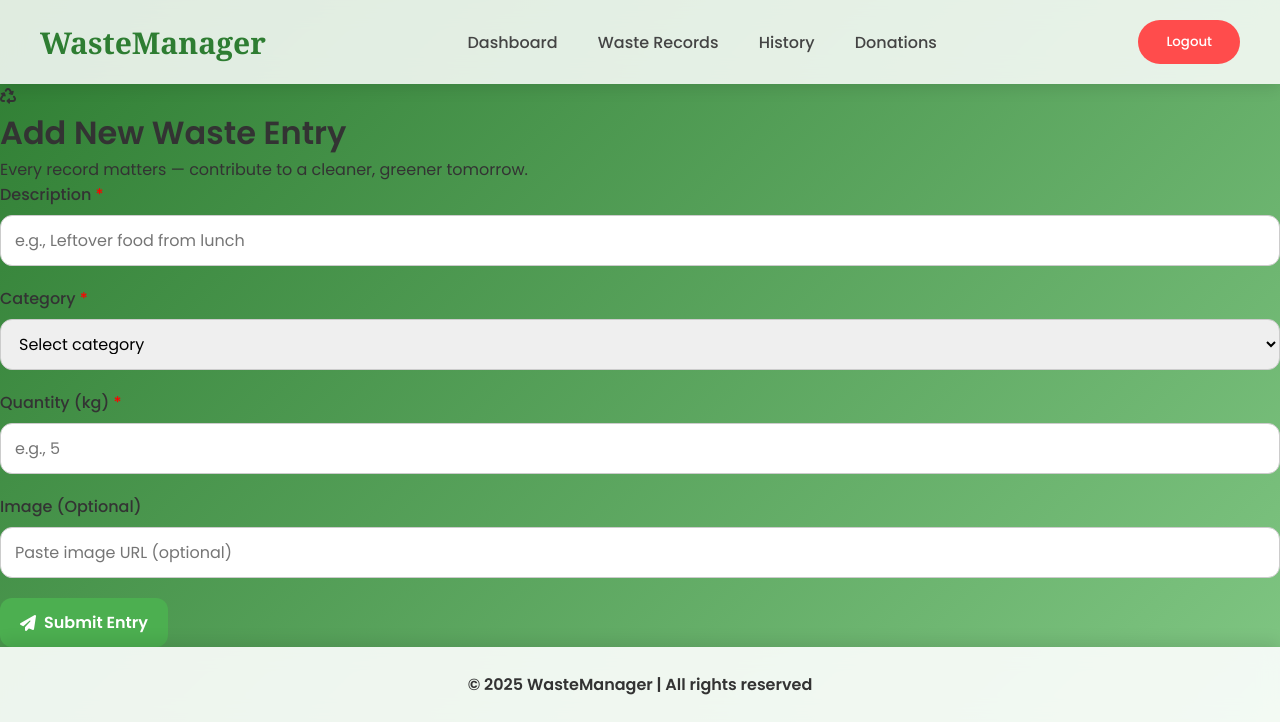
Repository: mahekagrawal25/restaurant-waste-management
Page: frontend/addwaste.html
An editor plug-in stored every save of this project. The page is shown before and after the next save, followed by the edit.
The browser window is 1280 px wide. The pictures show the whole page.

Above is the page before, as saved 2025-04-06 21:54:17.

### frontend/addwaste.html
<!DOCTYPE html>
<html lang="en">
<head>
  <meta charset="UTF-8" />
  <meta name="viewport" content="width=device-width, initial-scale=1.0"/>
  <title>Add Waste - WasteManager</title>
  <link rel="stylesheet" href="style.css" />
  <script src="script.js" defer></script>
  <link rel="stylesheet" href="https://cdnjs.cloudflare.com/ajax/libs/font-awesome/6.4.0/css/all.min.css" />
  <link href="https://fonts.googleapis.com/css2?family=Poppins:wght@400;500;600&family=Montserrat:wght@700&display=swap" rel="stylesheet">
</head>
<body>

<!-- ✅ Navigation Bar -->
<header class="navbar">
  <div class="nav-container">
    <div class="logo">WasteManager</div>
    <nav>
      <a href="dashboard.html">Dashboard</a>
      <a href="waste-records.html" class="active">Waste Records</a>
      <a href="history.html">History</a>
      <a href="donations.html">Donations</a>
    </nav>
    <button id="logoutBtn" class="btn-logout">Logout</button>
  </div>
</header>

<!-- ✅ Page Wrapper -->
<div class="page-wrapper">

  <!-- ✅ Unified Card -->
  <div class="waste-card">

    <div class="card-header">
      <i class="fas fa-recycle"></i>
      <h1>Add New Waste Entry</h1>
      <p>Every record matters — contribute to a cleaner, greener tomorrow.</p>
    </div>

    <form id="addWasteForm" class="waste-form">

      <div class="form-group">
        <label for="description">Description <span>*</span></label>
        <input type="text" id="description" name="description" required placeholder="e.g., Leftover food from lunch" />
      </div>

      <div class="form-group">
        <label for="category">Category <span>*</span></label>
        <select id="category" name="category" required>
          <option value="">Select category</option>
          <option value="Plastic">Plastic</option>
          <option value="Food">Food</option>
          <option value="Cardboard">Cardboard</option>
          <option value="Glass">Glass</option>
          <option value="Other">Other</option>
        </select>
      </div>

      <div class="form-group">
        <label for="quantity">Quantity (kg) <span>*</span></label>
        <input type="number" id="quantity" name="quantity" min="1" required placeholder="e.g., 5" />
      </div>

      <div class="form-group">
        <label for="image_url">Image (Optional)</label>
        <input type="url" id="image_url" name="image_url" placeholder="Paste image URL (optional)" />
      </div>

      <button type="submit" class="btn-submit">
        <i class="fas fa-paper-plane"></i> Submit Entry
      </button>
    </form>
  </div>
</div>

<!-- ✅ Footer -->
<footer class="footer">
  <p>&copy; 2025 WasteManager | All rights reserved</p>
</footer>

</body>
</html>

### frontend/style.css
/* ✅ General Styles */
* {
  margin: 0;
  padding: 0;
  box-sizing: border-box;
  font-family: 'Poppins', sans-serif;
}

body {
  background: linear-gradient(135deg, #2e7d32, #81c784);
  color: #333;
  min-height: 100vh;
  display: flex;
  flex-direction: column;
}

/* ✅ Navigation Bar */
.navbar {
  background: rgba(255, 255, 255, 0.85);
  backdrop-filter: blur(12px);
  box-shadow: 0 4px 15px rgba(0, 0, 0, 0.1);
  padding: 20px 40px;
  position: sticky;
  top: 0;
  z-index: 1000;
}

.nav-container {
  display: flex;
  justify-content: space-between;
  align-items: center;
  max-width: 1300px;
  margin: 0 auto;
}

.navbar .logo {
  font-size: 30px;
  font-weight: bold;
  color: #2e7d32;
  font-family: 'Georgia', serif;
}

nav a {
  margin: 0 18px;
  text-decoration: none;
  color: #444;
  font-weight: 500;
  transition: color 0.3s, transform 0.3s;
}

nav a:hover {
  color: #2e7d32;
  transform: scale(1.1);
}

.btn-logout {
  background: #ff4c4c;
  color: #fff;
  border: none;
  padding: 12px 28px;
  border-radius: 30px;
  cursor: pointer;
  font-weight: 500;
  transition: background 0.3s, transform 0.3s;
}

.btn-logout:hover {
  background: #e03c3c;
  transform: scale(1.05);
}

/* ✅ Main Content */
.container {
  width: 90%;
  max-width: 1300px;
  margin: 50px auto;
  flex: 1;
}

/* ✅ Welcome Section */
.welcome-section {
  text-align: center;
  margin-bottom: 70px;
}

.welcome-section h1 {
  font-size: 48px;
  color: #fff;
  margin-bottom: 12px;
  font-weight: 700;
  font-family: 'Cambria', serif;
}

.welcome-section p {
  font-size: 20px;
  color: #f0f0f0;
  opacity: 0.9;
}

/* ✅ Quick Actions Grid */
.actions-grid {
  display: grid;
  grid-template-columns: repeat(auto-fit, minmax(280px, 1fr));
  gap: 35px;
  margin-bottom: 70px;
}

.action-card {
  background: rgba(255, 255, 255, 0.85);
  backdrop-filter: blur(12px);
  border-radius: 20px;
  box-shadow: 0 10px 25px rgba(0, 0, 0, 0.1);
  padding: 35px;
  text-align: center;
  transition: transform 0.4s, box-shadow 0.4s;
  cursor: pointer;
}

.action-card:hover {
  transform: translateY(-12px);
  box-shadow: 0 14px 30px rgba(0, 0, 0, 0.2);
}

.action-card i {
  font-size: 52px;
  color: #2e7d32;
  margin-bottom: 25px;
}

.action-card h3 {
  font-size: 26px;
  color: #333;
  margin-bottom: 12px;
  font-weight: 700;
}

.action-card p {
  font-size: 18px;
  color: #555;
  opacity: 0.85;
}

/* ✅ Recent Activities */
.recent-activities {
  background: rgba(255, 255, 255, 0.9);
  padding: 35px;
  border-radius: 20px;
  box-shadow: 0 10px 25px rgba(0, 0, 0, 0.1);
}

.recent-activities h2 {
  font-size: 30px;
  margin-bottom: 25px;
  font-weight: 700;
  color: #333;
}

.activities-container {
  max-height: 350px;
  overflow-y: auto;
  padding: 15px;
}

.activities-container p {
  font-size: 18px;
  color: #555;
  opacity: 0.9;
}

/* ✅ Footer */
.footer {
  background: rgba(255, 255, 255, 0.9);
  backdrop-filter: blur(10px);
  color: #333;
  text-align: center;
  padding: 25px;
  box-shadow: 0 -5px 15px rgba(0, 0, 0, 0.1);
  font-weight: 600;
  font-size: 16px;
}





/* Activities Table Styles */
.activities-table-container {
  overflow-x: auto;
  margin-top: 1rem;
  background: white;
  border-radius: 8px;
  box-shadow: 0 2px 10px rgba(0,0,0,0.1);
  padding: 1rem;
}

#activitiesTable {
  width: 100%;
  border-collapse: collapse;
}

#activitiesTable th, #activitiesTable td {
  padding: 12px 15px;
  text-align: left;
  border-bottom: 1px solid #e0e0e0;
}

#activitiesTable th {
  background-color: #f5f5f5;
  font-weight: 600;
}

#activitiesTable tr:hover {
  background-color: #f9f9f9;
}

.btn-view-all {
  display: block;
  margin: 1rem auto 0;
  padding: 8px 16px;
  background: #4CAF50;
  color: white;
  border: none;
  border-radius: 4px;
  cursor: pointer;
}

.btn-view-all:hover {
  background: #45a049;
}




/* Activities Table Styles */
.activities-table-container {
  overflow-x: auto;
  margin-top: 1rem;
  background: white;
  border-radius: 8px;
  box-shadow: 0 2px 10px rgba(0,0,0,0.1);
  padding: 1rem;
}

#activitiesTable {
  width: 100%;
  border-collapse: collapse;
  font-size: 0.9rem;
}

#activitiesTable th {
  background-color: #f8f9fa;
  padding: 12px 15px;
  text-align: left;
  font-weight: 600;
}

#activitiesTable td {
  padding: 10px 15px;
  border-bottom: 1px solid #e9ecef;
}

.loading, .error {
  text-align: center;
  padding: 20px;
}

.loading {
  color: #6c757d;
}

.error {
  color: #dc3545;
}













.page-header {
  text-align: center;
  margin-top: 40px;
}

.page-header h1 {
  font-family: 'Montserrat', sans-serif;
  font-size: 2rem;
  color: #2e7d32;
}

.page-header p {
  font-size: 1rem;
  color: #555;
  margin-top: 8px;
}

.form-section {
  max-width: 600px;
  margin: 30px auto;
  background: #f9fff9;
  padding: 30px;
  border-radius: 16px;
  box-shadow: 0 6px 18px rgba(0, 0, 0, 0.06);
}

.waste-form .form-group {
  margin-bottom: 20px;
}

.waste-form label {
  display: block;
  font-weight: 500;
  margin-bottom: 8px;
}

.waste-form label span {
  color: red;
}

.waste-form input,
.waste-form select {
  width: 100%;
  padding: 12px 14px;
  font-size: 1rem;
  border: 1px solid #ccc;
  border-radius: 12px;
  outline: none;
  transition: border 0.3s ease;
}

.waste-form input:focus,
.waste-form select:focus {
  border-color: #4caf50;
}

.btn-submit {
  background-color: #4caf50;
  color: #fff;
  padding: 12px 20px;
  border: none;
  border-radius: 12px;
  cursor: pointer;
  font-weight: 600;
  font-size: 1rem;
  transition: background-color 0.3s ease;
  display: flex;
  align-items: center;
  gap: 8px;
}

.btn-submit:hover {
  background-color: #388e3c;
}




/* Hero Section */
.hero-header {
  background: linear-gradient(to right, #43a047, #2e7d32);
  color: white;
  padding: 60px 20px 40px;
  text-align: center;
  border-bottom-left-radius: 40px;
  border-bottom-right-radius: 40px;
  box-shadow: 0 8px 20px rgba(0, 0, 0, 0.1);
}

.hero-content i {
  font-size: 3rem;
  margin-bottom: 10px;
  animation: bounce 1s ease-in-out infinite alternate;
}

.hero-content h1 {
  font-family: 'Montserrat', sans-serif;
  font-size: 2.5rem;
  margin: 0;
}

.hero-content p {
  font-size: 1.1rem;
  margin-top: 10px;
  color: #e0f2f1;
}

/* Animation for Icon */
@keyframes bounce {
  0% { transform: translateY(0); }
  100% { transform: translateY(-5px); }
}

### frontend/script.js
// 🌟 DOMContentLoaded event
document.addEventListener("DOMContentLoaded", () => {
  const token = localStorage.getItem("token");
  const userName = localStorage.getItem("username") || "User";
  const isDashboard = window.location.pathname.includes("dashboard.html");
  const isLogin = window.location.pathname.includes("index.html");

  // ✅ Display username dynamically
  const userNameElement = document.getElementById("userName");
  if (userNameElement) userNameElement.textContent = userName;

  // ✅ Redirect logic based on token
  handleRedirection(token, isDashboard, isLogin);

  // ✅ Load dashboard data if logged in
  if (isDashboard && token) {
    loadDashboardData(token);
  }
});

// 🚀 Reusable redirection handler
function handleRedirection(token, isDashboard, isLogin) {
  if (!token && isDashboard) {
    console.log("No token, redirecting to login...");
    window.location.href = "index.html";
  } else if (token && isLogin) {
    console.log("User already logged in, redirecting to dashboard...");
    window.location.href = "dashboard.html";
  }
}

// 🔥 Load dashboard data with error handling
async function loadDashboardData(token) {
  const activitiesTableBody = document.getElementById("activitiesTableBody");

  if (!activitiesTableBody) {
    console.error("Error: Couldn't find the activities table");
    return;
  }

  try {
    // Show loading state
    activitiesTableBody.innerHTML = `
      <tr>
        <td colspan="5" class="loading">Loading activities...</td>
      </tr>
    `;

    // Fetch combined activities
    const response = await fetch("http://localhost:5000/api/auth/dashboard/activities", {
      method: "GET",
      headers: { Authorization: `Bearer ${token}` }
    });

    if (!response.ok) throw new Error(`HTTP error! status: ${response.status}`);

    const activities = await response.json();

    // Clear loading state
    activitiesTableBody.innerHTML = "";

    // Process and display activities
    if (activities.length === 0) {
      activitiesTableBody.innerHTML = `
        <tr>
          <td colspan="5">No recent activities found</td>
        </tr>
      `;
      return;
    }

    activities.forEach(activity => {
      const row = document.createElement("tr");

      // Common fields
      const date = new Date(activity.created_at).toLocaleDateString();

      // Type-specific rendering
      if (activity.type === 'waste') {
        row.innerHTML = `
          <td>🗑️ Waste</td>
          <td>${activity.description}</td>
          <td>${activity.category}</td>
          <td>${activity.quantity} ${activity.category === 'Food' ? 'kg' : 'units'}</td>
          <td>${date}</td>
        `;
      }
      else if (activity.type === 'donation') {
        row.innerHTML = `
          <td>♻️ Donation</td>
          <td>${activity.description}</td>
          <td>Donor: ${activity.donor_name}</td>
          <td>${activity.quantity} items</td>
          <td>${date}</td>
        `;
      }
      else if (activity.type === 'collection') {
        row.innerHTML = `
          <td>🚛 Collection</td>
          <td>${activity.description}</td>
          <td>${activity.status}</td>
          <td>-</td>
          <td>${new Date(activity.pickup_date).toLocaleDateString()}</td>
        `;
      }

      activitiesTableBody.appendChild(row);
    });

  } catch (error) {
    console.error("Error loading activities:", error);
    activitiesTableBody.innerHTML = `
      <tr>
        <td colspan="5" class="error">Failed to load activities. Please try again.</td>
      </tr>
    `;
  }
}
// 🌟 Login form submission
document.getElementById("loginForm")?.addEventListener("submit", async (event) => {
  event.preventDefault();

  const email = document.getElementById("email").value;
  const password = document.getElementById("password").value;
  const message = document.getElementById("message");

  try {
    const response = await fetch("http://localhost:5000/api/auth/login", {
      method: "POST",
      headers: { "Content-Type": "application/json" },
      body: JSON.stringify({ email, password })
    });

    const data = await response.json();

    if (response.ok) {
      localStorage.setItem("token", data.token);
      localStorage.setItem("username", data.username);

      message.textContent = "Login successful! Redirecting...";
      message.classList.remove("text-red-500");
      message.classList.add("text-green-500");

      setTimeout(() => {
        window.location.href = "dashboard.html";
      }, 1500);
    } else {
      message.textContent = data.message || "Invalid credentials.";
      message.classList.add("text-red-500");
    }
  } catch (error) {
    console.error("Server error:", error);
    message.textContent = "Server error. Please try again later.";
    message.classList.add("text-red-500");
  }
});

// 🚀 Logout handler
document.getElementById("logoutBtn")?.addEventListener("click", logoutUser);

function logoutUser() {
  localStorage.removeItem("token");
  localStorage.removeItem("username");
  window.location.href = "index.html";
}

// ✅ Signup form submission
document.getElementById("signupForm")?.addEventListener("submit", async (event) => {
  event.preventDefault();

  const username = document.getElementById("username").value.trim();
  const email = document.getElementById("email").value.trim();
  const password = document.getElementById("password").value.trim();
  const message = document.getElementById("signupMessage");

  // ✅ Basic validation
  if (!username || !email || !password) {
    message.textContent = "All fields are required.";
    message.classList.add("text-red-500");
    return;
  }

  try {
    const response = await fetch("http://localhost:5000/api/auth/signup", {
      method: "POST",
      headers: { "Content-Type": "application/json" },
      body: JSON.stringify({ username, email, password }),
    });

    const data = await response.json();

    if (response.ok) {
      message.textContent = "Signup successful! Redirecting to login...";
      message.classList.remove("text-red-500");
      message.classList.add("text-green-500");

      setTimeout(() => {
        window.location.href = "index.html";
      }, 1500);
    } else {
      message.textContent = data.message || "Signup failed. Please try again.";
      message.classList.add("text-red-500");
    }
  } catch (error) {
    console.error("Server error:", error);
    message.textContent = "Server error. Please try again later.";
    message.classList.add("text-red-500");
  }
});

After the next save:
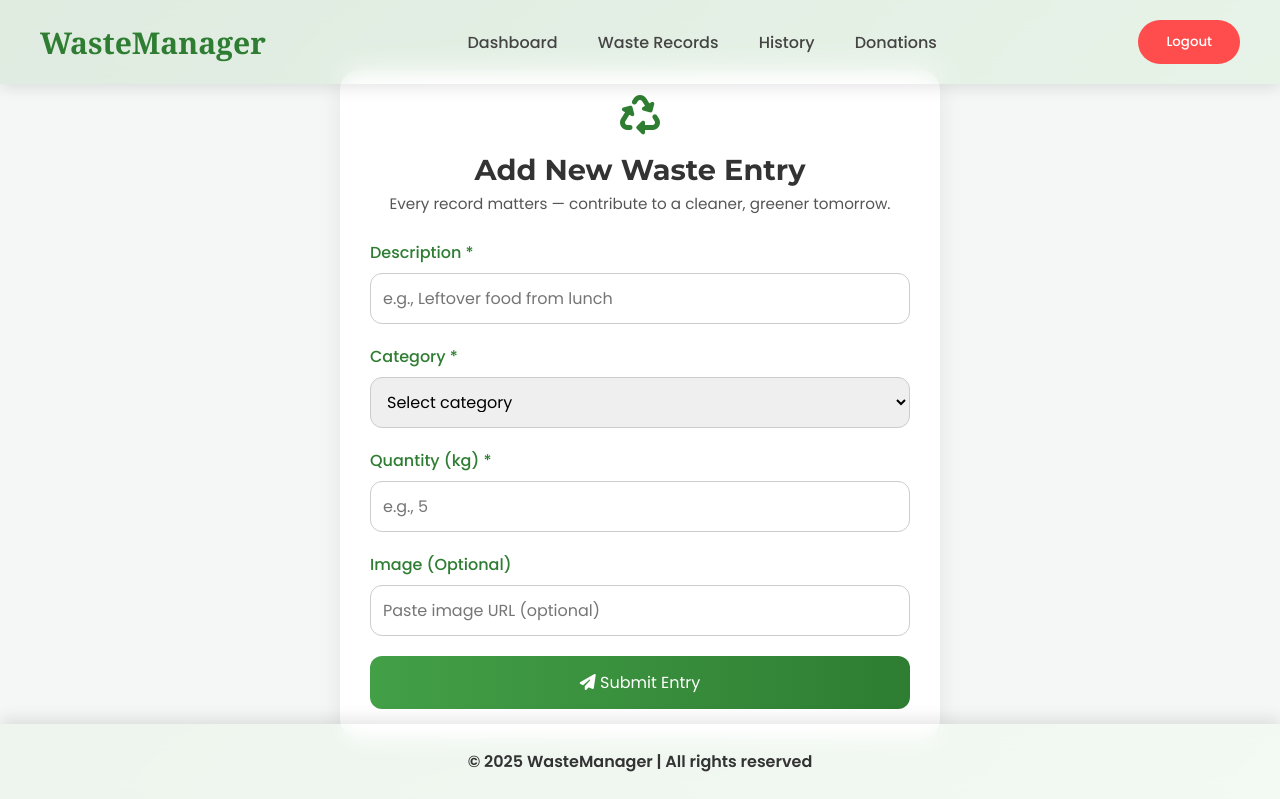
Saved 69 s later.
--- a/frontend/style.css
+++ b/frontend/style.css
@@ -280,85 +280,100 @@
 
 
 
-
-
-
-
-.page-header {
-  text-align: center;
-  margin-top: 40px;
-}
-
-.page-header h1 {
+/* Make entire page fit on screen */
+.page-wrapper {
+  display: flex;
+  justify-content: center;
+  align-items: center;
+  height: calc(100vh - 80px); /* Adjust for header/footer */
+  padding: 20px;
+  background-color: #f4f7f6;
+}
+
+/* Unified Card */
+.waste-card {
+  background: white;
+  border-radius: 20px;
+  max-width: 600px;
+  width: 100%;
+  padding: 30px;
+  box-shadow: 0 8px 24px rgba(0, 0, 0, 0.08);
+  font-family: 'Poppins', sans-serif;
+}
+
+/* Header Inside Card */
+.card-header {
+  text-align: center;
+  margin-bottom: 25px;
+}
+
+.card-header i {
+  font-size: 2.5rem;
+  color: #2e7d32;
+  animation: bounce 1s infinite alternate;
+}
+
+.card-header h1 {
+  margin: 10px 0 5px;
   font-family: 'Montserrat', sans-serif;
-  font-size: 2rem;
-  color: #2e7d32;
-}
-
-.page-header p {
-  font-size: 1rem;
+  font-size: 1.8rem;
+}
+
+.card-header p {
+  font-size: 0.95rem;
   color: #555;
-  margin-top: 8px;
-}
-
-.form-section {
-  max-width: 600px;
-  margin: 30px auto;
-  background: #f9fff9;
-  padding: 30px;
-  border-radius: 16px;
-  box-shadow: 0 6px 18px rgba(0, 0, 0, 0.06);
-}
-
+}
+
+/* Form Fields */
 .waste-form .form-group {
   margin-bottom: 20px;
 }
 
 .waste-form label {
   display: block;
+  margin-bottom: 8px;
   font-weight: 500;
-  margin-bottom: 8px;
-}
-
-.waste-form label span {
-  color: red;
+  color: #2e7d32;
 }
 
 .waste-form input,
 .waste-form select {
   width: 100%;
-  padding: 12px 14px;
-  font-size: 1rem;
+  padding: 12px;
   border: 1px solid #ccc;
   border-radius: 12px;
-  outline: none;
+  font-size: 1rem;
   transition: border 0.3s ease;
 }
 
 .waste-form input:focus,
 .waste-form select:focus {
-  border-color: #4caf50;
-}
-
+  border-color: #2e7d32;
+  outline: none;
+}
+
+/* Submit Button */
 .btn-submit {
-  background-color: #4caf50;
-  color: #fff;
-  padding: 12px 20px;
+  width: 100%;
+  background: linear-gradient(to right, #43a047, #2e7d32);
+  color: white;
+  padding: 14px;
+  font-size: 1rem;
   border: none;
   border-radius: 12px;
   cursor: pointer;
-  font-weight: 600;
-  font-size: 1rem;
-  transition: background-color 0.3s ease;
-  display: flex;
-  align-items: center;
-  gap: 8px;
+  transition: background 0.3s ease;
 }
 
 .btn-submit:hover {
-  background-color: #388e3c;
-}
-
+  background: linear-gradient(to right, #388e3c, #1b5e20);
+}
+
+/* Icon Animation */
+@keyframes bounce {
+  0% { transform: translateY(0); }
+  100% { transform: translateY(-5px); }
+}
 
 
 

After the save that followed:
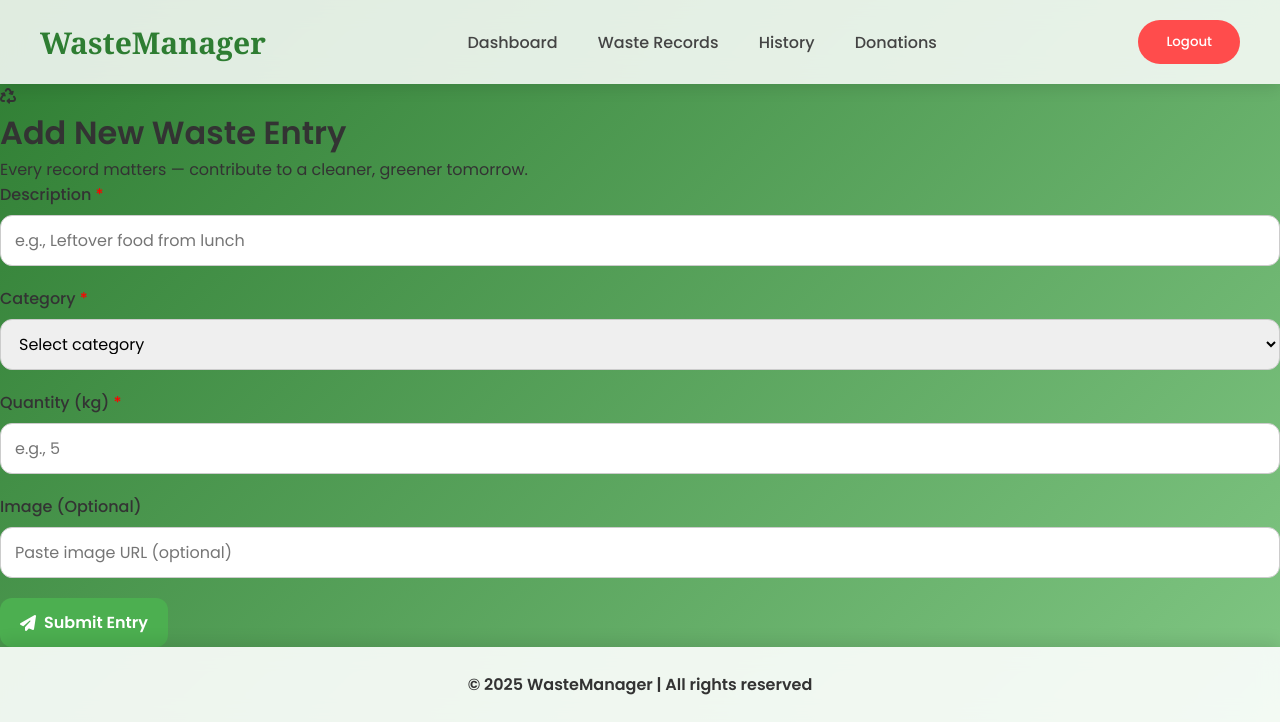
Saved 7 s later.
--- a/frontend/style.css
+++ b/frontend/style.css
@@ -280,100 +280,85 @@
 
 
 
-/* Make entire page fit on screen */
-.page-wrapper {
-  display: flex;
-  justify-content: center;
-  align-items: center;
-  height: calc(100vh - 80px); /* Adjust for header/footer */
-  padding: 20px;
-  background-color: #f4f7f6;
-}
-
-/* Unified Card */
-.waste-card {
-  background: white;
-  border-radius: 20px;
+
+
+
+
+.page-header {
+  text-align: center;
+  margin-top: 40px;
+}
+
+.page-header h1 {
+  font-family: 'Montserrat', sans-serif;
+  font-size: 2rem;
+  color: #2e7d32;
+}
+
+.page-header p {
+  font-size: 1rem;
+  color: #555;
+  margin-top: 8px;
+}
+
+.form-section {
   max-width: 600px;
-  width: 100%;
+  margin: 30px auto;
+  background: #f9fff9;
   padding: 30px;
-  box-shadow: 0 8px 24px rgba(0, 0, 0, 0.08);
-  font-family: 'Poppins', sans-serif;
-}
-
-/* Header Inside Card */
-.card-header {
-  text-align: center;
-  margin-bottom: 25px;
-}
-
-.card-header i {
-  font-size: 2.5rem;
-  color: #2e7d32;
-  animation: bounce 1s infinite alternate;
-}
-
-.card-header h1 {
-  margin: 10px 0 5px;
-  font-family: 'Montserrat', sans-serif;
-  font-size: 1.8rem;
-}
-
-.card-header p {
-  font-size: 0.95rem;
-  color: #555;
-}
-
-/* Form Fields */
+  border-radius: 16px;
+  box-shadow: 0 6px 18px rgba(0, 0, 0, 0.06);
+}
+
 .waste-form .form-group {
   margin-bottom: 20px;
 }
 
 .waste-form label {
   display: block;
+  font-weight: 500;
   margin-bottom: 8px;
-  font-weight: 500;
-  color: #2e7d32;
+}
+
+.waste-form label span {
+  color: red;
 }
 
 .waste-form input,
 .waste-form select {
   width: 100%;
-  padding: 12px;
+  padding: 12px 14px;
+  font-size: 1rem;
   border: 1px solid #ccc;
   border-radius: 12px;
-  font-size: 1rem;
+  outline: none;
   transition: border 0.3s ease;
 }
 
 .waste-form input:focus,
 .waste-form select:focus {
-  border-color: #2e7d32;
-  outline: none;
-}
-
-/* Submit Button */
+  border-color: #4caf50;
+}
+
 .btn-submit {
-  width: 100%;
-  background: linear-gradient(to right, #43a047, #2e7d32);
-  color: white;
-  padding: 14px;
-  font-size: 1rem;
+  background-color: #4caf50;
+  color: #fff;
+  padding: 12px 20px;
   border: none;
   border-radius: 12px;
   cursor: pointer;
-  transition: background 0.3s ease;
+  font-weight: 600;
+  font-size: 1rem;
+  transition: background-color 0.3s ease;
+  display: flex;
+  align-items: center;
+  gap: 8px;
 }
 
 .btn-submit:hover {
-  background: linear-gradient(to right, #388e3c, #1b5e20);
-}
-
-/* Icon Animation */
-@keyframes bounce {
-  0% { transform: translateY(0); }
-  100% { transform: translateY(-5px); }
-}
+  background-color: #388e3c;
+}
+
 
 
 
